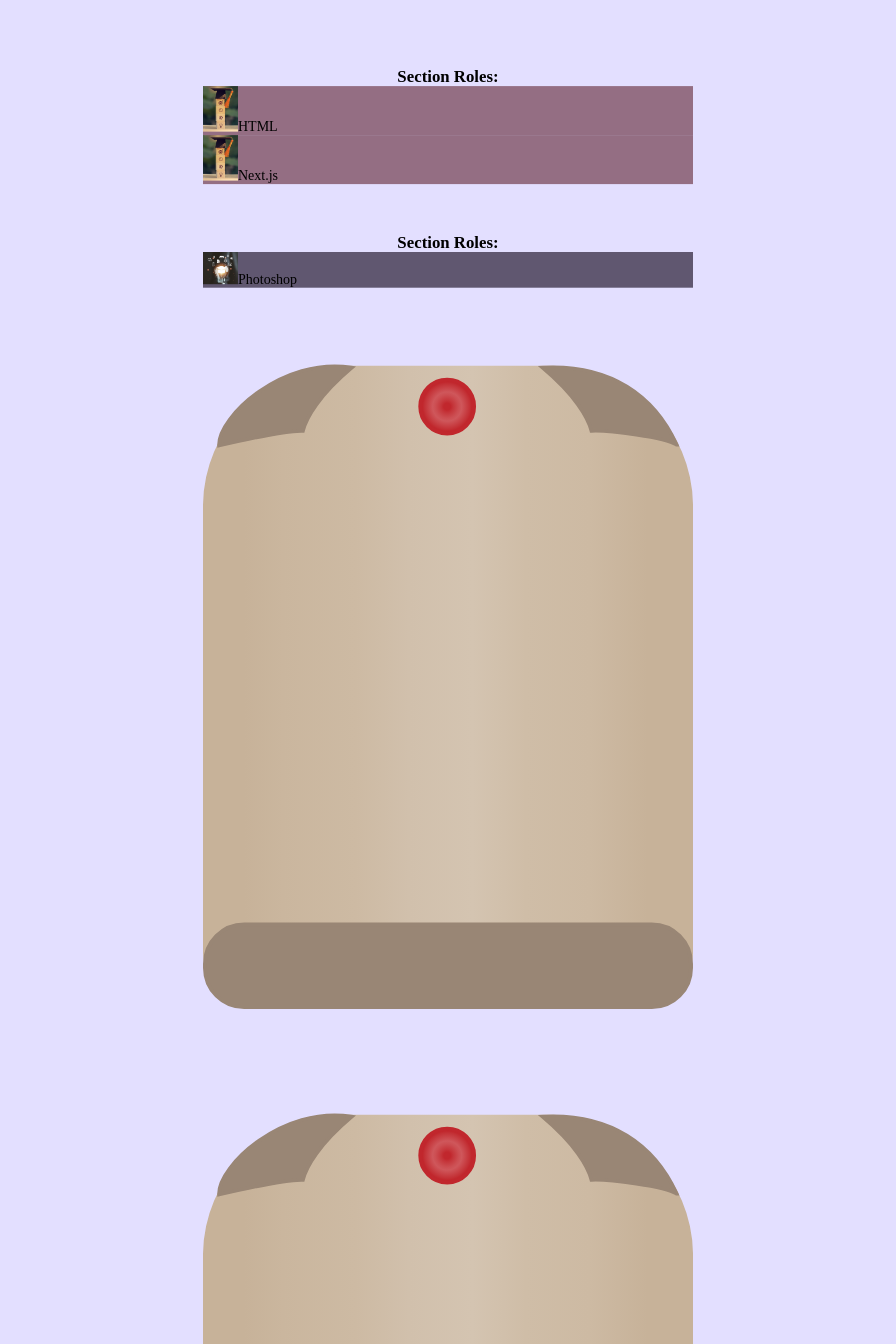
Repository: anikagrewal/week3example
Page: /about
These files come from the project's save history. The page is drawn as it stood at one moment and after the next save; the edit follows.
The browser window is 1280 px wide. The pictures show the part of the page from y = 0 to 1920 px (the page is 2647 px tall before and 2456 px after), at 70% of full size.
The project was rebuilt for these pictures with package versions that can differ from the ones it lists, and the page was loaded fresh each time. The framework's server and built-in components were replaced by stand-ins that run in the browser. Also part of the build but not shown: next.config.js.

Above is the page before, as saved 2023-01-23 11:58:08.

After the next save:
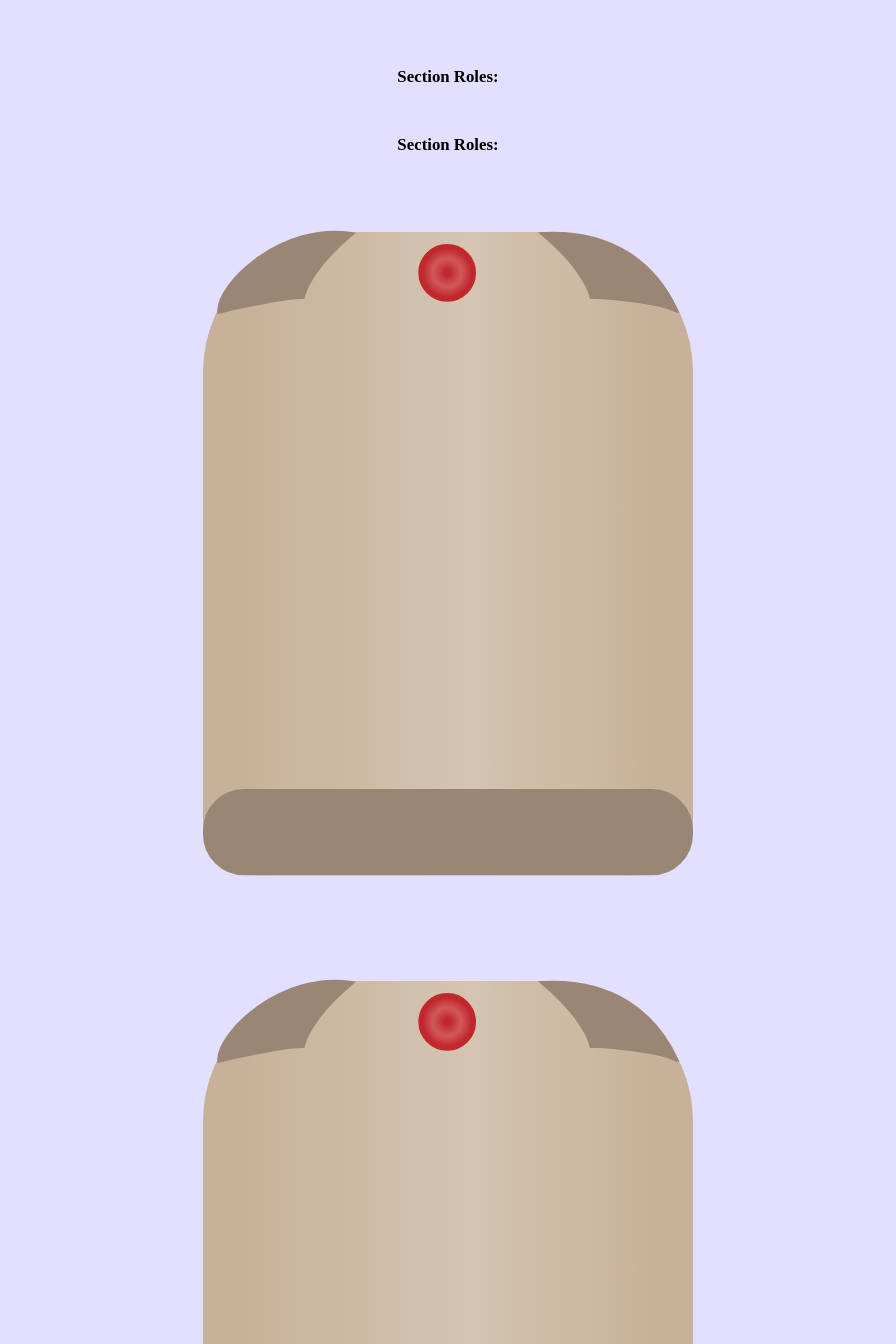
Saved 4 min 53 s later.
--- a/data/workplace.json
+++ b/data/workplace.json
@@ -2,25 +2,25 @@
     {
     "employeeNumber": "E2345",
     "firstName": "Joe",
-    "role": "HTML",
+    "role": "Frontend Developer",
     "position": "Junior",
-    "section": "frontend developer",
+    "graduate": "computing",
     "startDate": 2021
 },
 {
     "employeeNumber": "E6789",
     "firstName": "Alice",
-    "role": "Next.js",
+    "role": "UI/UX Designer",
     "position": "Junior",
-    "section": "frontend developer",
+    "graduate": "computing",
     "startDate": 2020
 },
 {
     "employeeNumber": "E1011",
     "firstName": "Jane",
-    "role": "Photoshop",
+    "role": "Marketing Strategist",
     "position": "Junior",
-    "section": "graphic designer",
+    "graduate": "business",
     "startDate": 2022
 }
 ]

After the save that followed:
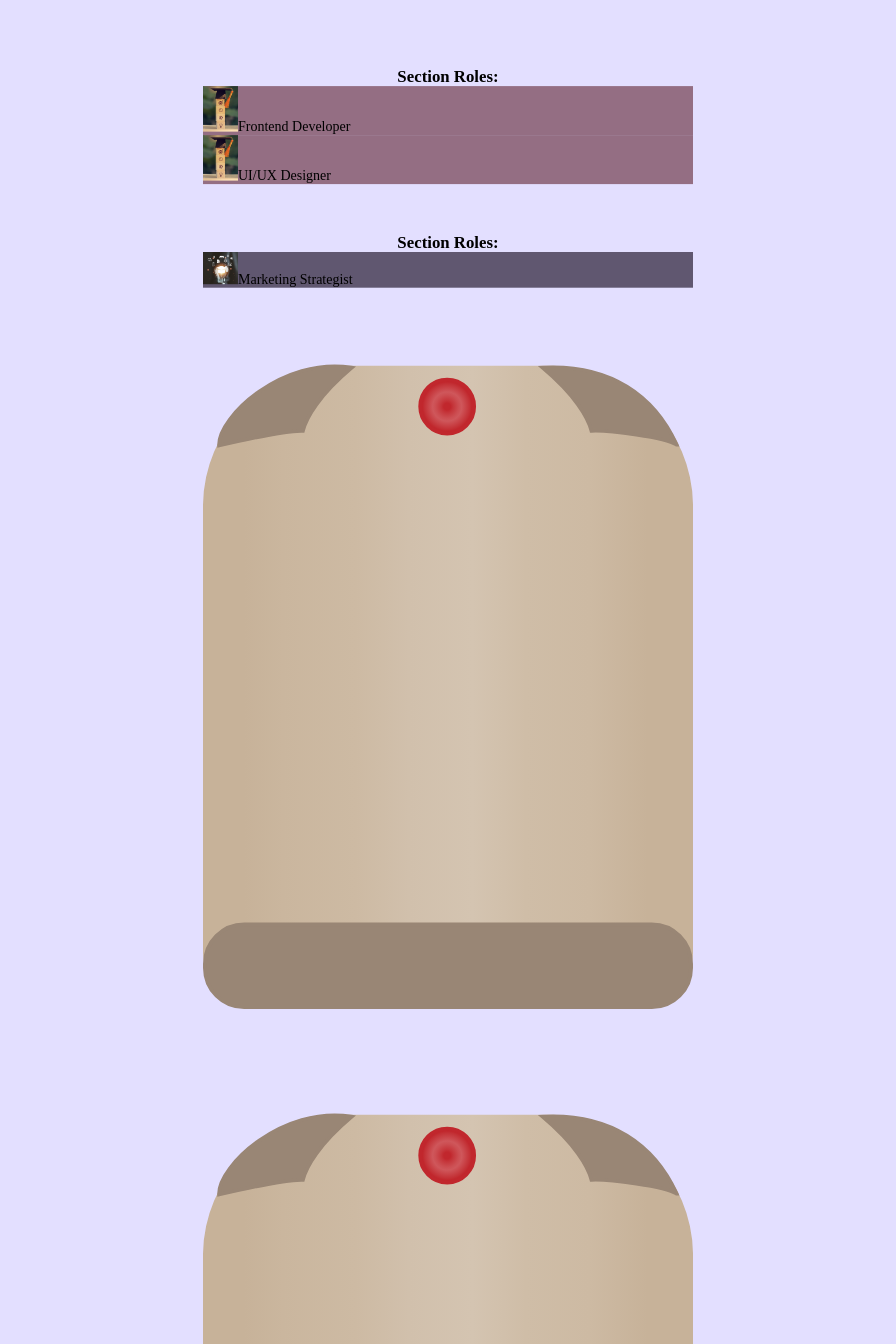
Saved 15 s later.
--- a/pages/about.js
+++ b/pages/about.js
@@ -30,7 +30,7 @@
         <div>
         <h2 className={styles.busdeg}>Section Roles: </h2>
         {information && information.map((info, index) => {
-          if(info.section === "frontend developer") {
+          if(info.graduate === "computing") {
             return (
               <div key={index}>
                 <CardEmployee role={info.role} colour="#946E83" font="20px"/>
@@ -45,7 +45,7 @@
         <div>
         <h2 className={styles.busdeg}>Section Roles: </h2>
         {information && information.map((info, index) => {
-          if(info.section === "graphic designer") {
+          if(info.graduate === "business") {
             return (
               <div key={index}>
                 <CardEmployee role={info.role} colour="#605770" font="20px"/>
